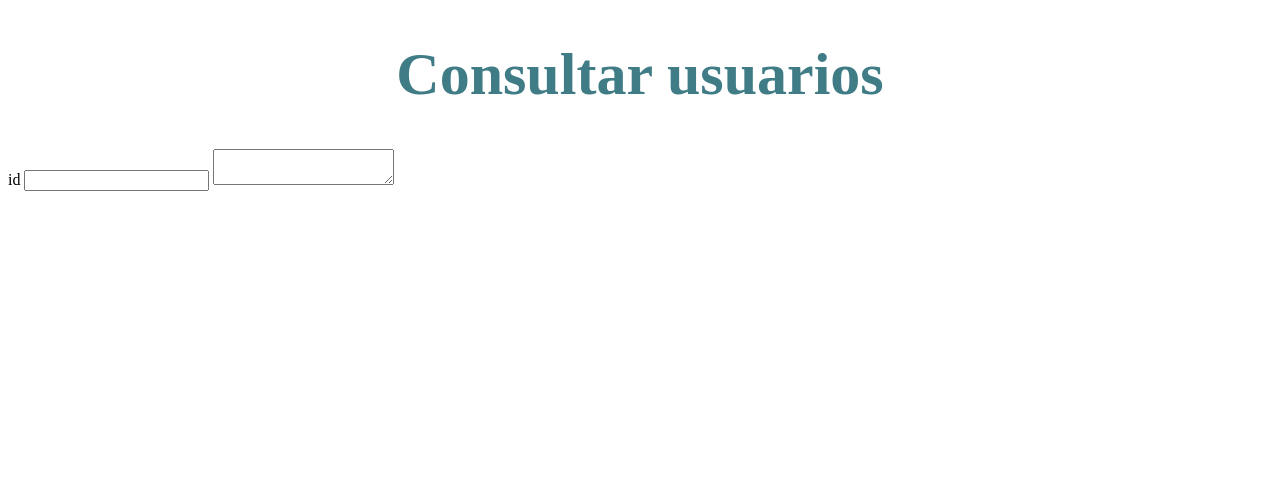
Repository: MCamilaM/app-web-register
Page: http://localhost/consultClient
The author's editor kept a record of every edit. The page is drawn from the files as they stood at one moment, then again after the next edit.
The browser window is 1280 px wide. The pictures show the whole page.
The page is served by the project's application, run on Flask 3 (server.py). Other server files are loaded and not shown.

Above is the page before.

### templates/consultClient.html
<!DOCTYPE html>
<html>
    <head>
        <meta http-equiv="content-type" content="text/html; charset=utf-8" />
        <title>Web App</title>
        <link rel="stylesheet" href="../static/css/styleConsult.css" type="text/css" media="all" />
        <script src="../static/js/appHome.js" type="text/javascript" charset="utf-8"></script>
    </head>
    <body>
        <h1> Consultar usuarios </h1>
        <div>
            <label>id</label> <input> </input>
            <textarea > </textarea>
        </div>
    </body>
</html>

### controller/control.py
from flask import Flask, request, redirect, url_for, render_template, jsonify
from database.db import *
from entities.client import Client
import html
import json

def home_page_ctrl():
    return render_template("home.html")

def register_page_ctrl():
    return render_template("register.html")

def register_user_ctrl():
    dni = request.form["dni"]
    typeDocument = request.form["typeDocument"]
    name = request.form["name"]
    lastname = request.form["lastname"]
    address = request.form["address"]
    phoneNumber = request.form["phoneNumber"]
    email = request.form["email"]

    client = Client(dni, typeDocument, name, lastname, address, phoneNumber, email)

    try:
        save_client(client)
        message = "Cliente registrado exitosamente"
    except Error as e:
        message = f"Fallo al registrar cliente: {e}"

    return redirect(url_for('list_clients', message=message))

def consult_clients_ctrl():
    clients = get_clients()
    print(clients)
    message = request.args.get('message')
    print(message)
    # Generar la tabla HTML
    tabla = ""
    if message is not None:
        tabla += f"<script> alert('{message}'); </script>"

    tabla += f"<h1>Lista de Clientes</h1> <table border='1'><tr><th>ID</th><th>DNI</th><th>Tipo de Documento</th><th>Nombre</th><th>Apellido</th><th>Dirección</th><th>Número de Teléfono</th><th>Correo Electrónico</th></tr>"
    for client in clients:
        tabla += f"<tr><td>{client[0]}</td><td>{html.escape(client[1])}</td><td>{html.escape(client[2])}</td><td>{html.escape(client[3])}</td><td>{html.escape(client[4])}</td><td>{html.escape(client[5])}</td><td>{html.escape(client[6])}</td><td>{html.escape(client[7])}</td></tr>"

    tabla += "</table>"

    return tabla

def consult_client_ctrl():
    return render_template("consultClient.html")

def get_client_id_ctrl():

    data = request.get_json()
    dni = data['dni']

    if not dni:
        return "No se proporcionó el DNI"

    result = get_client_id(dni)

    if result:

        # client = Client(
        #     dni=result['DNI'],
        #     typeDocument=result['typeDocument'],
        #     name=result['name'],
        #     lastname=result['lastname'],
        #     address=result['address'],
        #     phoneNumber=result['phoneNumber'],
        #     email=result['email']
        # )


        dni= result[0]
        print("dfdfsdf")
        print(dni)


    if result:
        return jsonify({"cliente": result})
    else:
        return jsonify({"error": "Cliente no encontrado"})

### routes/route.py
from controller.control import *
from server import app

@app.route("/")
def home():
    return home_page_ctrl()

@app.route("/register_page")
def register_page():
    return register_page_ctrl()

@app.route("/register_user", methods=["post"])
def register_user():
    return register_user_ctrl()

@app.route("/clients", methods=["GET"])
def list_clients():
    return consult_clients_ctrl()

@app.route("/consultClient", methods=["get"])
def consult_client():
    return consult_client_ctrl()

@app.route("/consultClientId", methods=["post"])
def consult_client_id():
    return get_client_id_ctrl()

### server.py
from flask import Flask, request, redirect, url_for, render_template

app = Flask(__name__)

from routes.route import *

if __name__ == "__main__":
    host = "127.0.0.1"
    port = "80"
    app.run(host, port)

### static/css/styleConsult.css
h1 {
    text-align: center;
    font-size: 60px;
    color: #3F7C85;
}

button {
    font-size: 20px;
    background-color: #FF5F5D;
    color: black;
    border-radius: 10px;
    padding: 4px;
    margin-left: 0.3%;
    margin-right: 0.3%;
}

.consult {
    text-align: center;
    justify-content: center;
    display: flex;
    align-items: center;
}

.input-group {
    display: flex;
    align-items: center;
}

.input-group input {
    margin-right: 10px; /* Ajusta el espacio entre el input y el botón */
}

.cliente-info {
    justify-content: center;
    text-align: center;
    background-color: #f0f0f0; /* Color de fondo gris claro */
    border-radius: 10px; /* Bordes redondeados */
    padding: 20px; /* Espacio interior del div */
    box-shadow: 0 4px 8px rgba(0, 0, 0, 0.1); /* Sombra para darle un efecto de tarjeta */
    width: 300px; /* Ancho de la tarjeta */
    max-width: 90%; /* Asegura que no se salga de la pantalla en dispositivos pequeños */
}

### static/js/appHome.js
function registerPage(){
    window.location = "/register_page"
}
function consultAllPage(){
   window.location = "/clients"
}

function consultClient(){
   window.location = "/consultClient"
}

After the next edit:
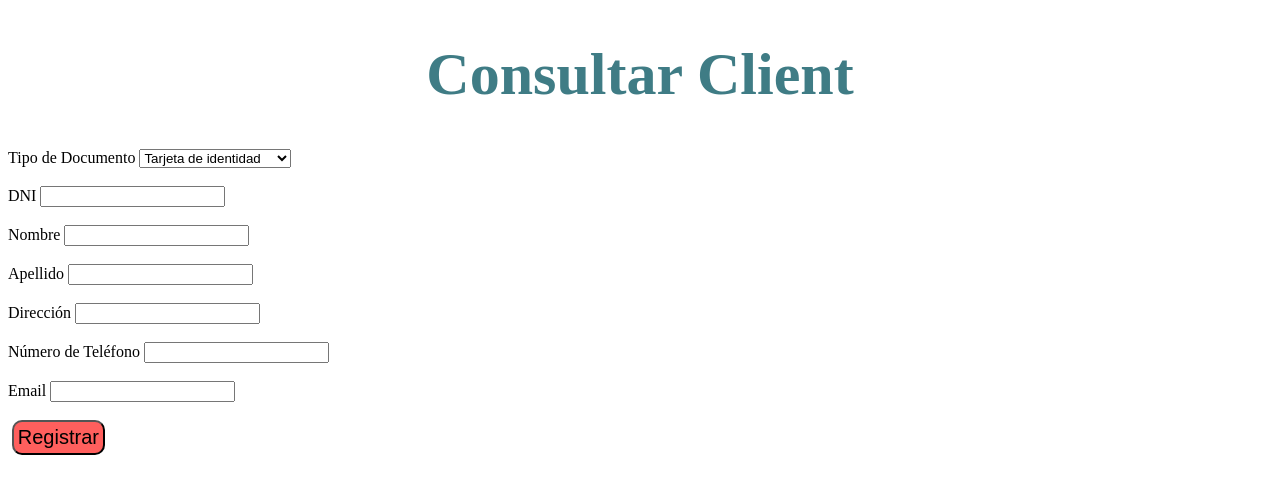
The edit:
--- a/templates/consultClient.html
+++ b/templates/consultClient.html
@@ -7,10 +7,37 @@
         <script src="../static/js/appHome.js" type="text/javascript" charset="utf-8"></script>
     </head>
     <body>
-        <h1> Consultar usuarios </h1>
-        <div>
-            <label>id</label> <input> </input>
-            <textarea > </textarea>
-        </div>
-    </body>
+    <h1>Consultar Client</h1>
+      <form action="/register_user" method="post">
+
+          <label for="lang">Tipo de Documento</label>
+          <select name="typeDocument" id="lang">
+            <option value="TI">Tarjeta de identidad</option>
+            <option value="CC">Cédula de ciudadanía</option>
+            <option value="CE">Cédula de extranjería</option>
+            <option value="PA">Pasaporte</option>
+          </select>
+          <br><br>
+
+         <label for="dni">DNI</label>
+         <input type="number" id="dni" name="dni" required/><br><br>
+
+         <label for="name">Nombre</label>
+         <input type="text" id="name" name="name" required/><br><br>
+
+         <label for="lastname">Apellido</label>
+         <input type="text" id="lastname" name="lastname" required/><br><br>
+
+         <label for="address">Dirección</label>
+         <input type="text" id="address" name="address"/><br><br>
+
+         <label for="phoneNumber">Número de Teléfono</label>
+         <input type="number" id="phoneNumber" name="phoneNumber"/><br><br>
+
+         <label for="email">Email</label>
+         <input type="email" id="email" name="email"/><br><br>
+
+         <button type="submit">Registrar</button>
+      </form>
+</body>
 </html>
